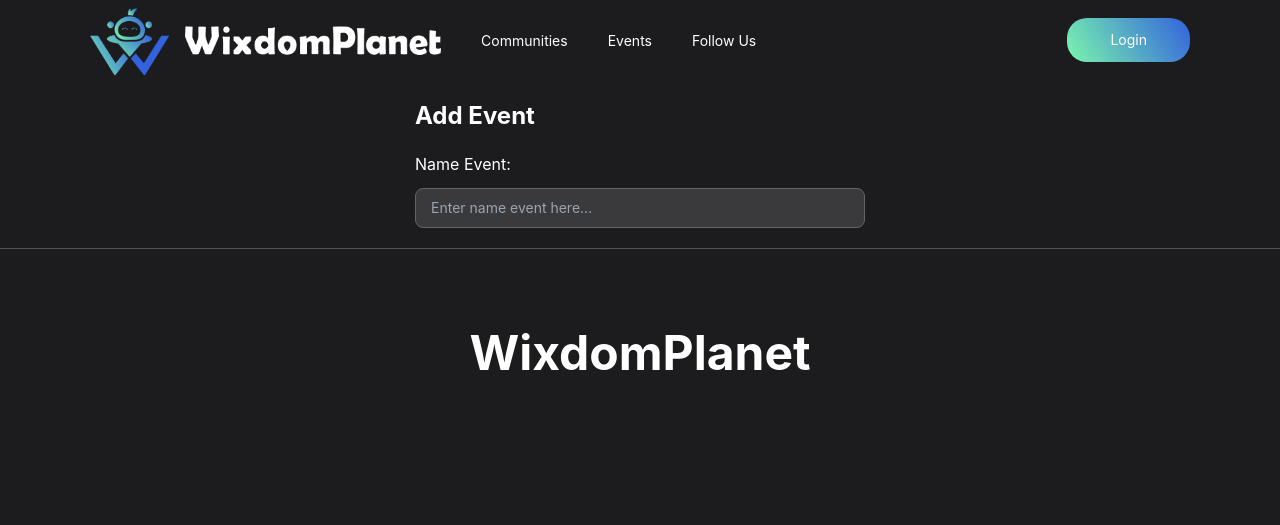
Repository: haudnn/WixdomPlanet-demo
Page: /add
An editor plug-in stored every save of this project. The page is shown before and after the next save, followed by the edit.
The browser window is 1280 px wide. The pictures show the whole page.
The project was rebuilt for these pictures with package versions that can differ from the ones it lists, and the page was loaded fresh each time. Also part of the build but not shown: vite.config.js, src/App.css, src/features/Event/components/EventItem.jsx, src/features/Event/page/Event.jsx, src/features/Home.jsx.

Above is the page before, as saved 2023-02-03 11:53:26.

After the next save:
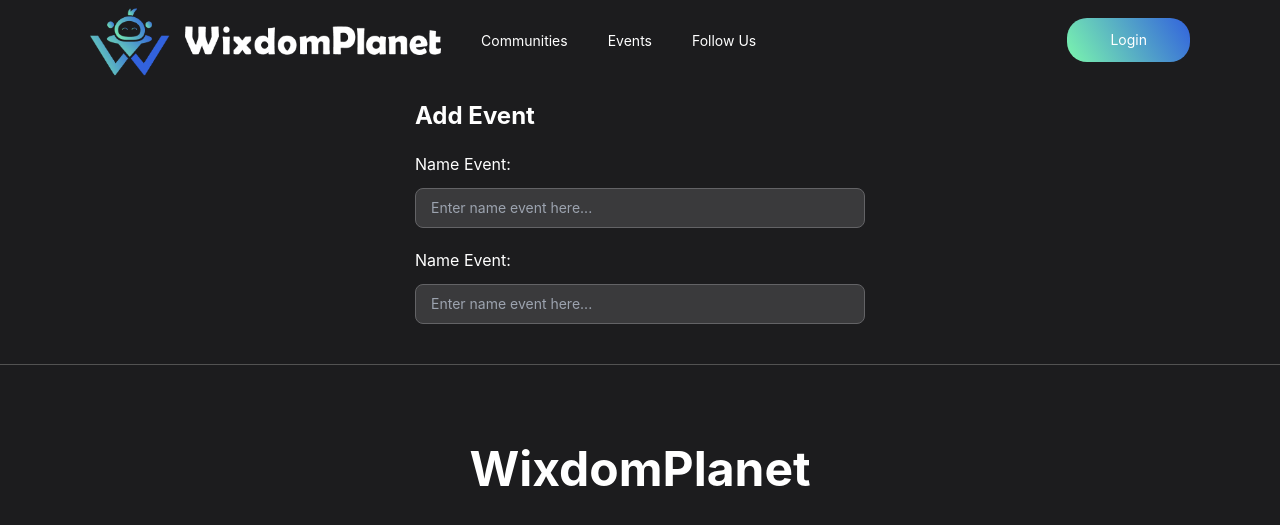
Saved 35 s later.
--- a/src/features/Event/page/AddEvent.jsx
+++ b/src/features/Event/page/AddEvent.jsx
@@ -7,7 +7,19 @@
         <p className="font-bold text-2xl text-white">Add Event</p>
         <div className="form mt-5">
           <form action="">
-            <div>
+            <div className="mb-5">
+              <label htmlFor="" className="text-white text-base">
+                Name Event:
+              </label>
+              <div className="mt-3 w-[450px]">
+                <input
+                  type="text"
+                  placeholder="Enter name event here..."
+                  className="text-sm px-[15px] h-10 leading-10 border border-solid border-[#636366] inline-block w-full bg-[#3a3a3c] rounded-lg text-white"
+                />
+              </div>
+            </div>
+            <div className="mb-5">
               <label htmlFor="" className="text-white text-base">
                 Name Event:
               </label>
